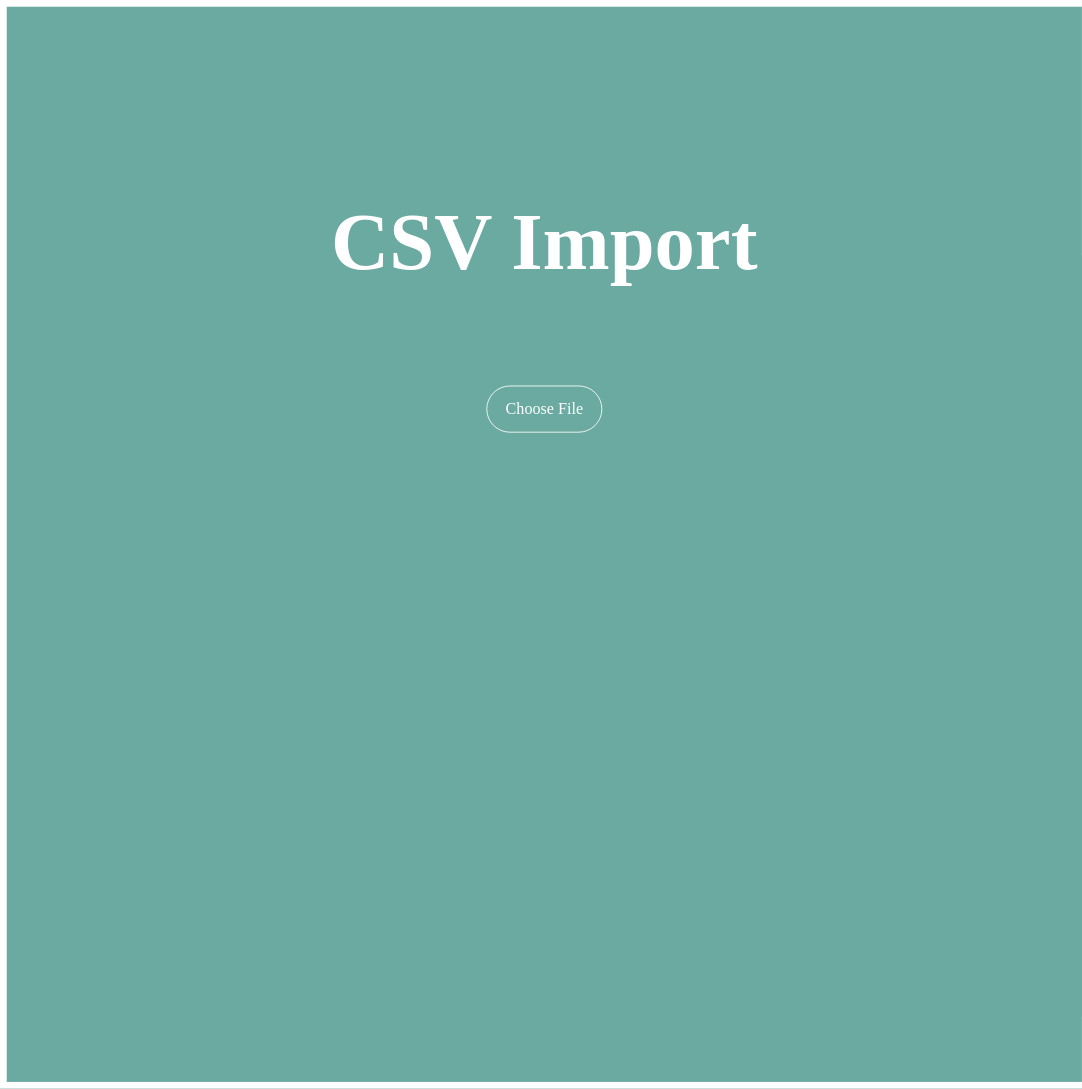
Repository: Flypr/licentaCSV
Page: /
The author's editor kept a copy of each file at every save. The page is drawn from the files as they stood at one save, then again after the next save.
The browser window is 1280 px wide. The page is 1288 px wide, so the pictures cover 1288 px, including what lies to the right of the window. The pictures show the whole page, at 84% of full size.
The project was rebuilt for these pictures with package versions that can differ from the ones it lists, and the page was loaded fresh each time.

Above is the page before, as saved 2021-03-16 17:31:47.

### public/index.html
<!DOCTYPE html>
<html lang="">
  <head>
    <meta charset="utf-8">
    <meta http-equiv="X-UA-Compatible" content="IE=edge">
    <meta name="viewport" content="width=device-width,initial-scale=1.0">
    <link rel="icon" href="<%= BASE_URL %>favicon.ico">
    <title><%= htmlWebpackPlugin.options.title %></title>

    <link rel="preconnect" href="https://fonts.gstatic.com">
    <link
        href="https://fonts.googleapis.com/css2?family=Raleway:ital,wght@0,200;0,300;0,400;0,600;1,100;1,200;1,300;1,400&display=swap"
        rel="stylesheet">

  </head>
  <body>
    <noscript>
      <strong>We're sorry but <%= htmlWebpackPlugin.options.title %> doesn't work properly without JavaScript enabled. Please enable it to continue.</strong>
    </noscript>
    <div id="app"></div>
    <!-- built files will be auto injected -->
  </body>
</html>

### src/App.vue
<template>
  <div id="app">
    <Nav />
    <router-view />
  </div>
</template>

<script>
export default {
  name: 'App'
}
</script>

<style>
</style>

### src/router/index.js
import Vue from "vue";
import VueRouter from "vue-router";

Vue.use(VueRouter);

const routes = [
  {
    path: "/",
    name: "Home",
    component: () =>
      import(/* webpackChunkName: "Home" */ "../views/Home.vue")
  },
  {
    path: "/register",
    name: "Register",
    component: () =>
      import(/* webpackChunkName: "register" */ "../views/Register.vue")
  },
  {
    path: "/login",
    name: "Login",
    component: () =>
      import(/* webpackChunkName: "login" */ "../views/Login.vue")
  }
];

const router = new VueRouter({
  mode: 'history',
  routes
});

export default router;

### src/views/Home.vue
<template>
    <div class="container">
        <div class="row">
            <div class="title-text">
                <p>CSV Import</p>
            </div>
        </div>
        <div class="row file-btn">
            <label class="custom-file-upload">
                <input type="file" id="csv" name="csv_file" class="button-control" @change="loadCSV($event)">
                Choose File
            </label>
        </div>
        <table v-if="parse_csv">
            <thead>
                <tr>
                    <th v-for="key in parse_header"
                        @click="sortBy(key)"
                        :class="{ active: sortKey == key }"
                        :key="key"
                    >
                        {{ key | capitalize }}
                        <span class="arrow" :class="sortOrders[key] > 0 ? 'asc' : 'dsc'"></span>
                    </th>
                </tr>
            </thead>
            <tr v-for="csv in parse_csv" :key="csv">
                <td v-for="key in parse_header" :key="key">
                    {{ csv[key] }}
                </td>
            </tr>
        </table>
    </div>
</template>

<script>
export default {
    name: 'Home',
    data() {
        return {
            channel_name: '',
            channel_fields: [],
            channel_entries: [],
            parse_header: [],
            parse_csv: [],
            sortOrders:{},
            sortKey: '',
            result: []
        }
    },
    filters: {
      capitalize: function (str) {
        return str.charAt(0).toUpperCase() + str.slice(1)
      }
    },
    methods: {
      sortBy(key) {
        var vm = this
        vm.sortKey = key
        vm.sortOrders[key] = vm.sortOrders[key] * -1
      },
      csvJSON(csv){
        var vm = this
        var lines = csv.split("\n")
        var result = []
        var headers = lines[0].split(",")
        vm.parse_header = lines[0].split(",")
        lines[0].split(",").forEach(function (key) {
          vm.sortOrders[key] = 1
        })

        lines.map(function(line, indexLine){
          if (indexLine < 1) return // Jump header line

          var obj = {}
          var currentline = line.split(",")

          headers.map(function(header, indexHeader){
            obj[header] = currentline[indexHeader]
          })

          result.push(obj)
        })

        result.pop() // remove the last item because undefined values

        return result // JavaScript object
      },
      loadCSV(e) {
        var vm = this
        if (window.FileReader) {
          var reader = new FileReader();
          reader.readAsText(e.target.files[0]);
          // Handle errors load
          reader.onload = function(event) {
            var csv = event.target.result;
            vm.parse_csv = vm.csvJSON(csv)

          };
          reader.onerror = function(evt) {
            if(evt.target.error.name == "NotReadableError") {
              alert("Canno't read file !");
            }
          };
        } else {
          alert('FileReader are not supported in this browser.');
        }
      },

    }
}
</script>

<style scoped>
html, body {
    margin: 0;
    padding: 0;
    font-size: 20px;
    font-family: Raleway, Arial, Helvetica, sans-serif;
}

.container {
    width: 100vw;
    height: 100vw;
    background-color: #6baaa1;
}

.title-text {
    padding-top: 10%;
    font-size: 600%;
    font-weight: 600;
    text-align: center;
    color: #fff;
}

.file-btn {
    padding: 20px;
    text-align: center;
}

input[type=file] {
    display: none;
}

.custom-file-upload,
.custom-file-upload:visited {
    border: 1px solid #fff;
    border-radius: 50px;
    display: inline-block;
    padding: 16px 22px;
    cursor: pointer;
    font-size: 120%;
    font-weight: 400;
    color: #fff;
    transition: background-color 0.2s, color 0.2s;
}

.custom-file-upload:hover {
    background-color: #fff;
    color: #6baaa1;
}

h1,
h2,
h3,
h4,
h5,
h6 {
    margin: 0;
}

table {
    border-collapse: collapse;
    margin: 50px auto;
}

thead {
    background-color: #fff;
    color: #6baaa1;
}

tbody {
    color: #fff;
}

td, th {
    border: 1px solid #fff;
    text-align: left;
    padding: 16px 26px;
}


</style>

Loaded but not shown: src/main.js (common file); src/store/index.js (common file)

After the next save:
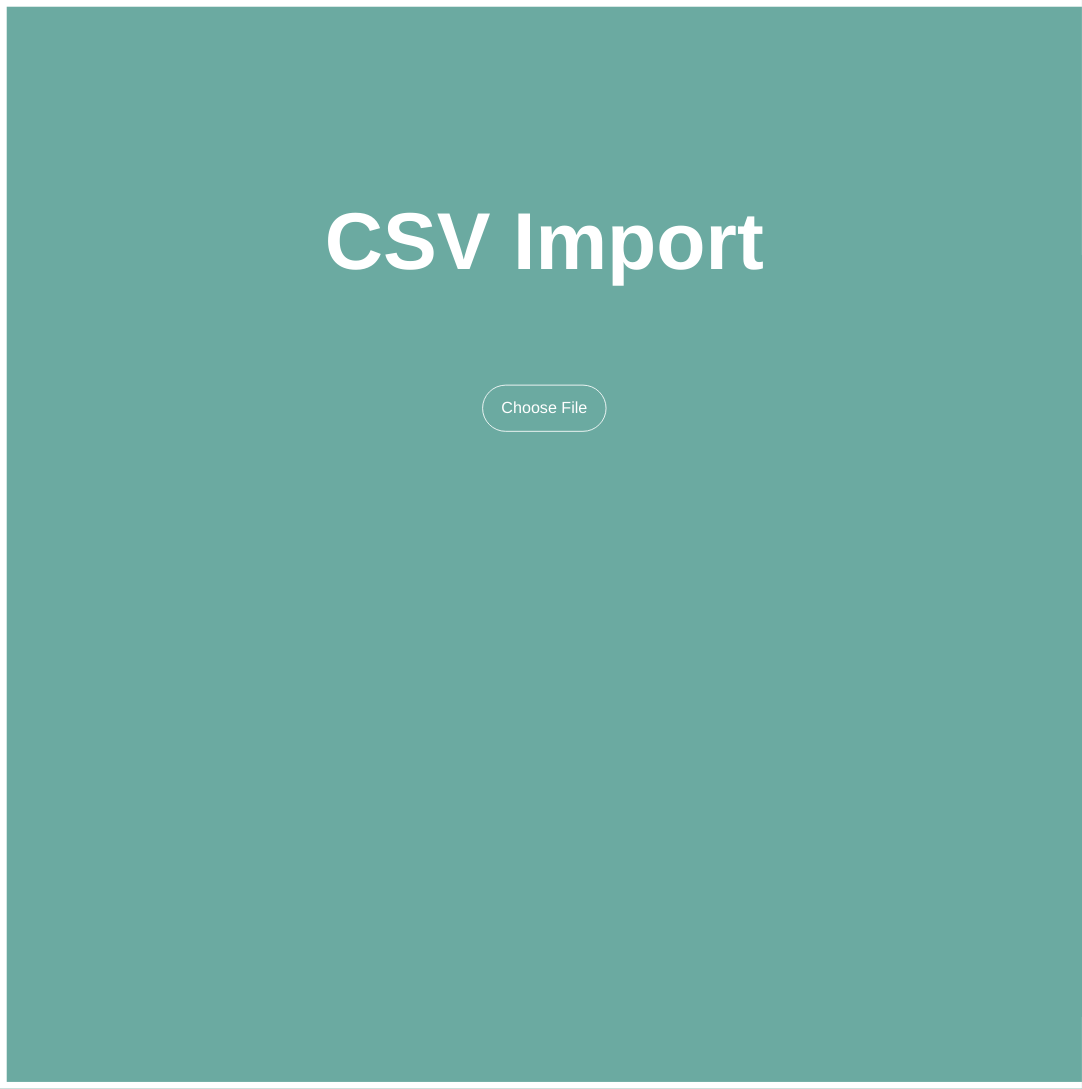
Saved 21 min 19 s later.
--- a/src/App.vue
+++ b/src/App.vue
@@ -12,4 +12,24 @@ export default {
 </script>
 
 <style>
+#app {
+  font-family: Avenir, Helvetica, Arial, sans-serif;
+  -webkit-font-smoothing: antialiased;
+  -moz-osx-font-smoothing: grayscale;
+  text-align: center;
+  color: #2c3e50;
+}
+
+#nav {
+  padding: 30px;
+}
+
+#nav a {
+  font-weight: bold;
+  color: #2c3e50;
+}
+
+#nav a.router-link-exact-active {
+  color: #42b983;
+}
 </style>
